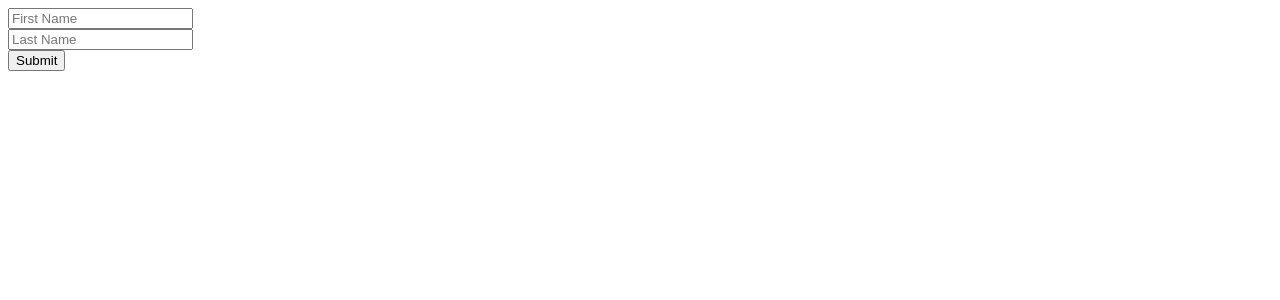
Repository: charlieactor/Skill-Distillery
Page: workspace/HelloWorld/WebContent/input.html
An editor plug-in stored every save of this project. The page is shown before and after the next save, followed by the edit.
The browser window is 1280 px wide. The pictures show the whole page.

Above is the page before, as saved 2017-07-10 16:21:42.

### workspace/HelloWorld/WebContent/input.html
<!DOCTYPE html>
<html>
<head>
	<title>My First Form</title>
</head>
<body>
	<form action="SayHello" method="GET">
		<input type="text" name="firstname" placeholder="First Name"/><br>
		<input type="text" name="lastname" placeholder="Last Name" /> <br>
		<input type="submit" value="Submit" />
	</form>
</body>
</html>

### workspace/HelloWorld/WebContent/styles.css
* {
	font-family: cursive;
	color: turquoise;
	background-color: yellow;
}

After the next save:
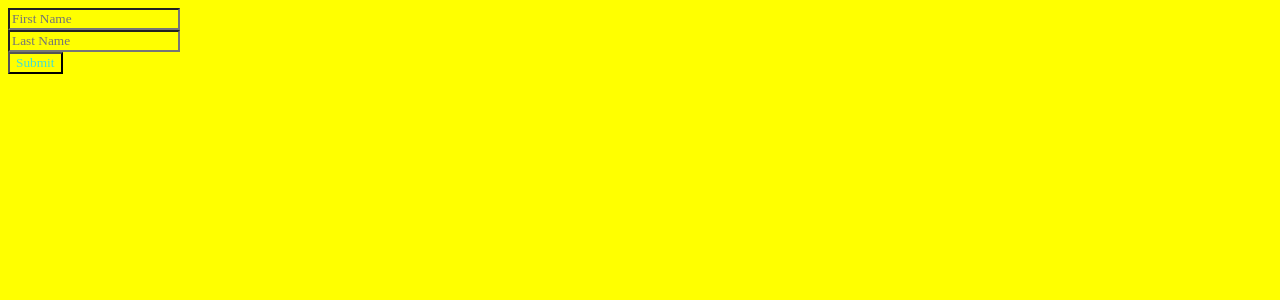
Saved 9 s later.
--- a/workspace/HelloWorld/WebContent/input.html
+++ b/workspace/HelloWorld/WebContent/input.html
@@ -2,6 +2,7 @@
 <html>
 <head>
 	<title>My First Form</title>
+	<link rel="stylesheet" href="styles.css" />
 </head>
 <body>
 	<form action="SayHello" method="GET">
